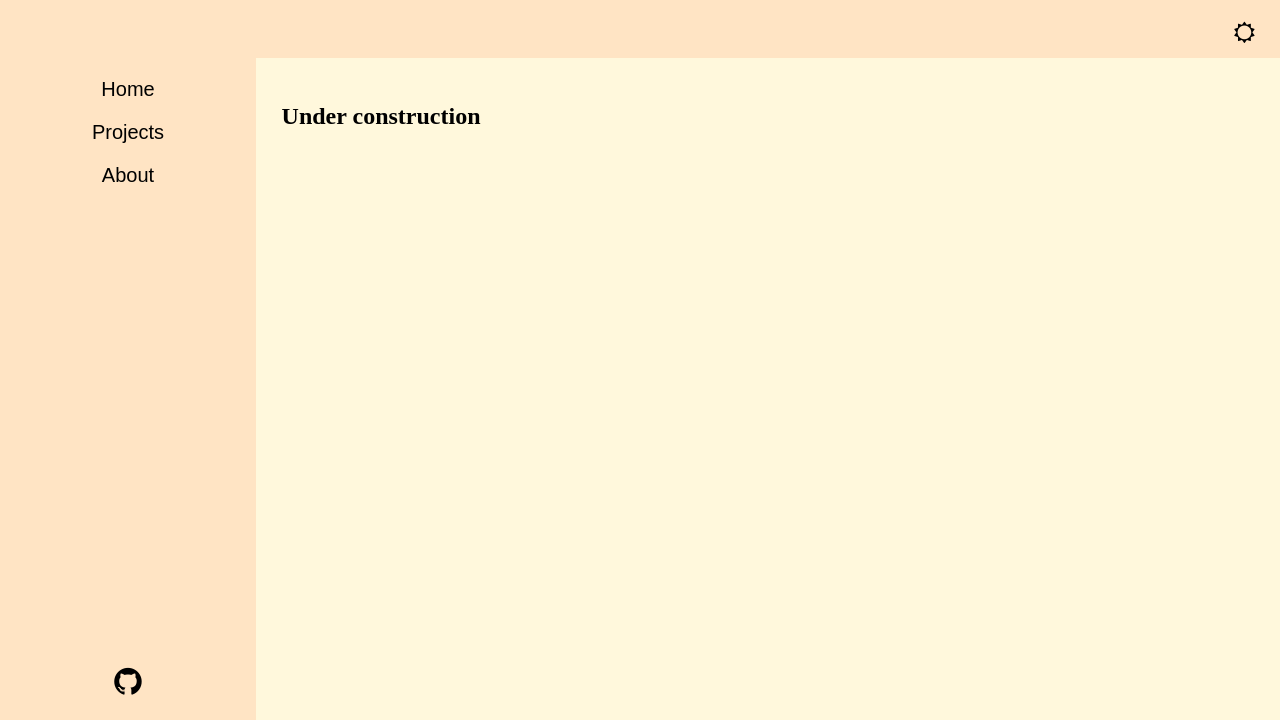
Repository: josephinel6/josephinel6.github.io
Page: index.html
These files come from the project's save history. The page is drawn as it stood at one moment and after the next save; the edit follows.
The browser window is 1280 px wide. The pictures show the whole page.

Above is the page before, as saved 2023-04-06 12:34:52.

After the next save:
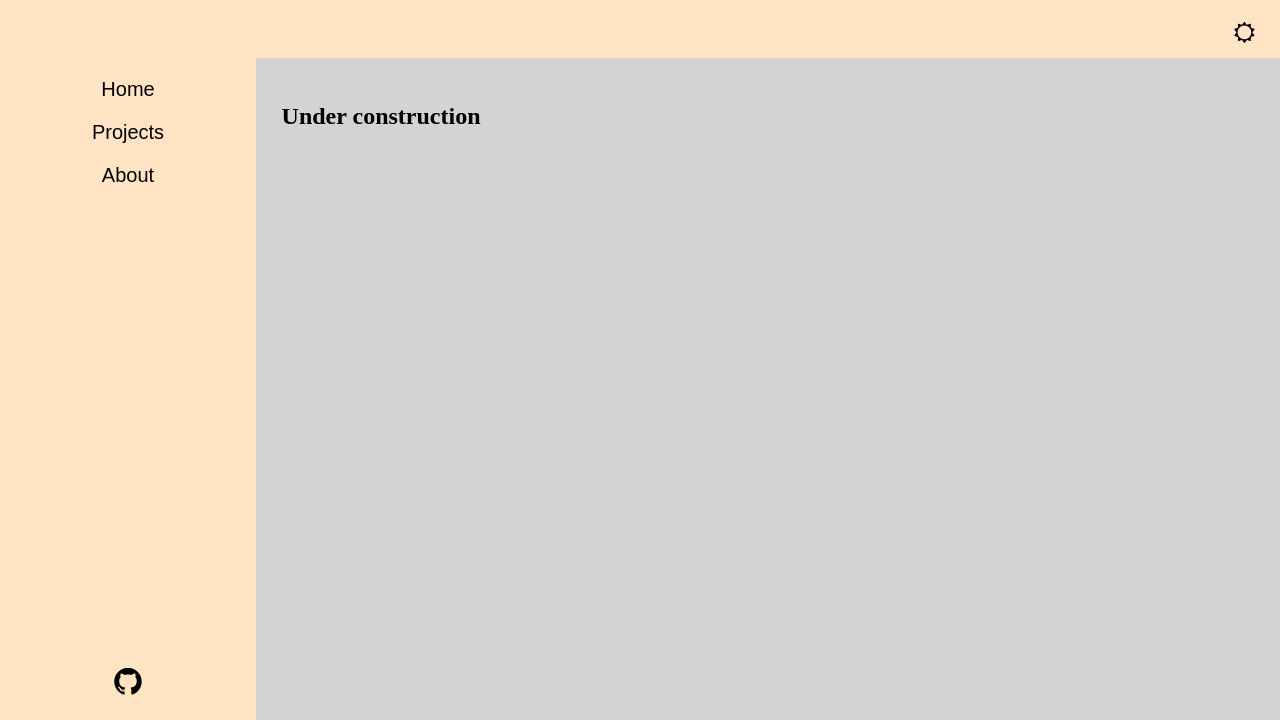
Saved 17 s later.
--- a/index.html
+++ b/index.html
@@ -15,7 +15,7 @@
         :root.light {
             --color-bg: bisque;
             --color-menu-text: black;
-            --color-page-bg: cornsilk;
+            --color-page-bg: lightgrey;
             --color-obj-bg: lemonchiffon;
             --color-title-text: black;
             --color-gen-text: black;

After the save that followed:
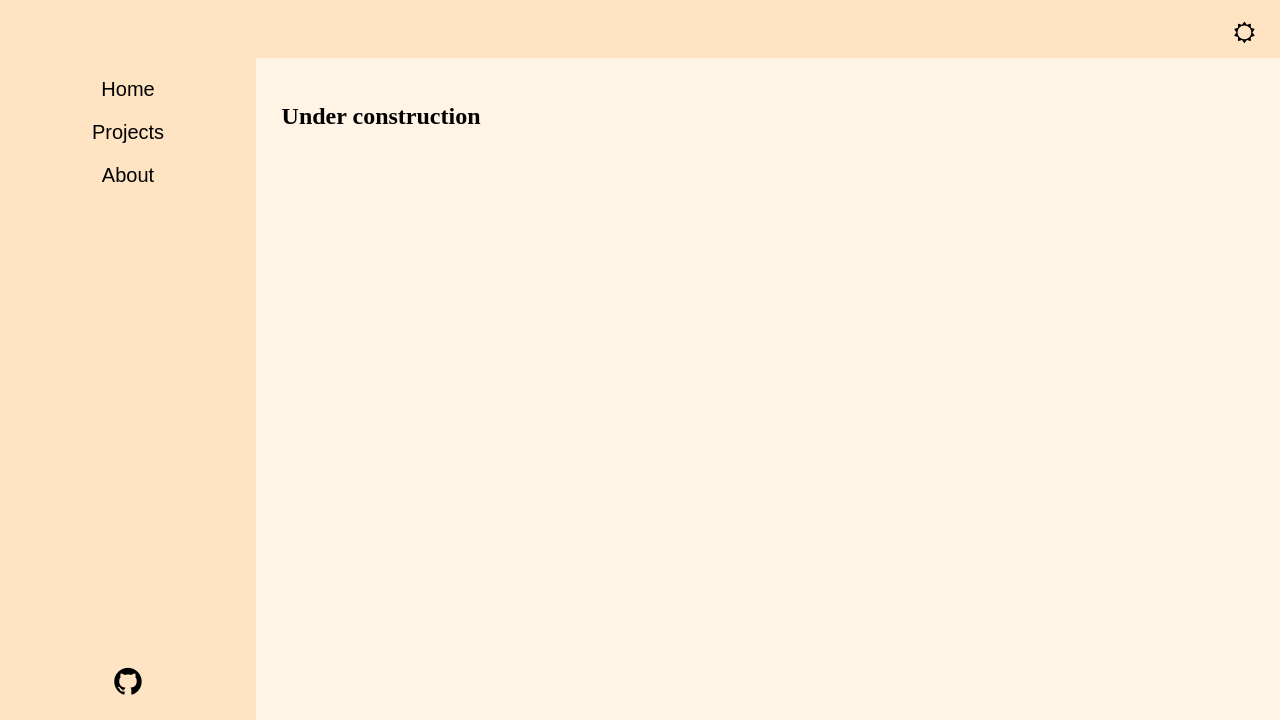
Saved 69 s later.
--- a/index.html
+++ b/index.html
@@ -15,7 +15,7 @@
         :root.light {
             --color-bg: bisque;
             --color-menu-text: black;
-            --color-page-bg: lightgrey;
+            --color-page-bg: #fff4e6;
             --color-obj-bg: lemonchiffon;
             --color-title-text: black;
             --color-gen-text: black;
